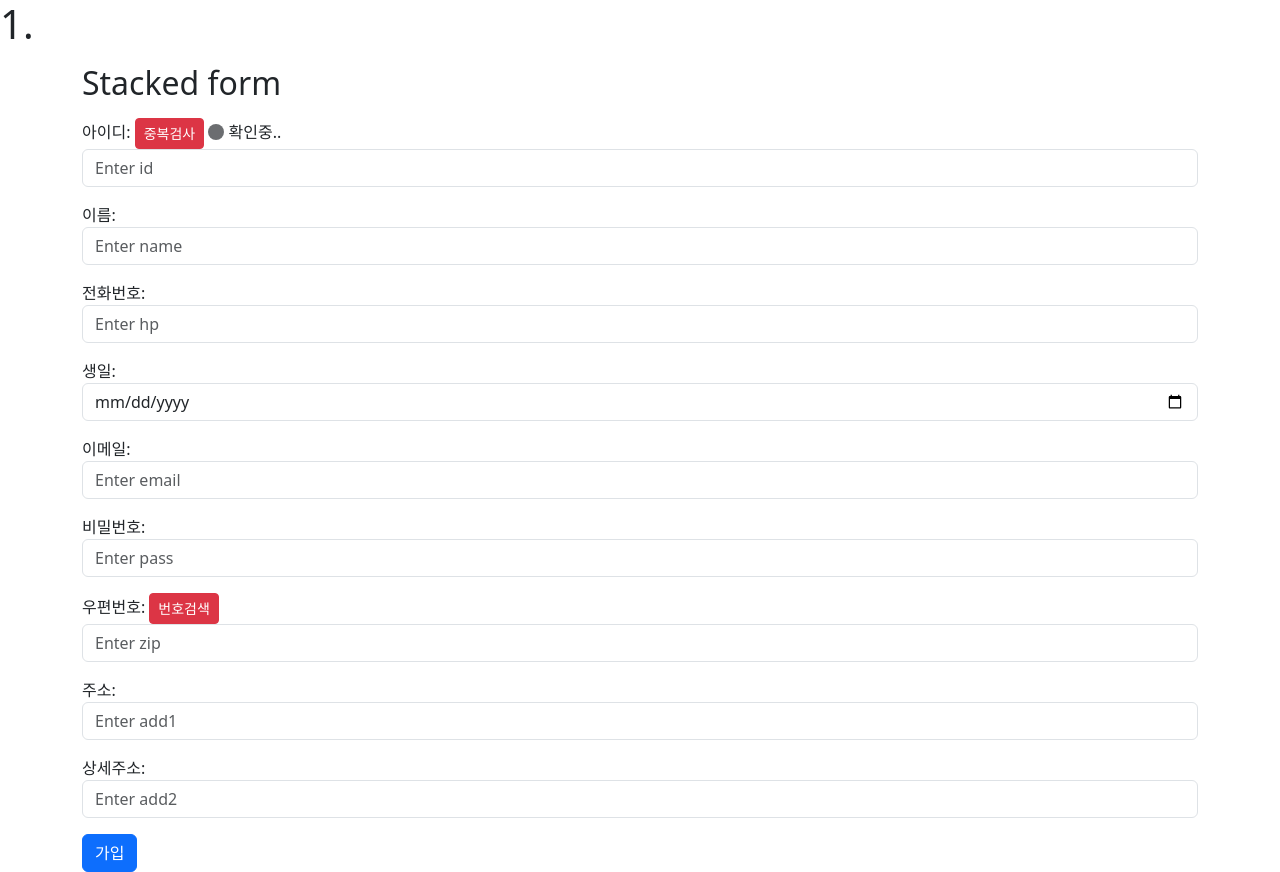
Repository: prawniel99/05_JQuery
Page: workspace/jqpro/WebContent/비동기6_ajax/join.html
These files come from the project's save history. The page is drawn as it stood at one moment and after a run of saves; the edit follows.
The browser window is 1280 px wide. The pictures show the whole page.

Above is the page before, as saved 2024-08-29 03:31:35.

### workspace/jqpro/WebContent/비동기6_ajax/join.html
<!DOCTYPE html>
<html lang="kr">
<head>
    <meta charset="UTF-8">
    <meta name="viewport" content="width=device-width, initial-scale=1.0">
    <title>Document</title>

    <!-- <link rel="stylesheet" href="../css/public.css"> -->
    <script src="../js/jquery-3.7.1.js"></script>

    <!-- bootstrap -->
    <meta name="viewport" content="width=device-width, initial-scale=1">
	<link href="https://cdn.jsdelivr.net/npm/bootstrap@5.3.3/dist/css/bootstrap.min.css" rel="stylesheet">
	<script src="https://cdn.jsdelivr.net/npm/bootstrap@5.3.3/dist/js/bootstrap.bundle.min.js"></script>


	<style>

	</style>

	<script>

	</script>

</head>

<body>

    <div class="box">
        <h1>
			1.
        </h1>

		<div class="container mt-3">
			<h2>Stacked form</h2>
			<form>
				<div class="mb-3 mt-3">
					<label for="id">아이디:</label> <input type="button" value="중복검사" id="idcheck"  class="btn btn-secondary btn-sm btn-danger">
					<span class="spinner-grow spinner-grow-sm"></span> 확인중..
					<input type="text" class="form-control" id="id" placeholder="Enter id" name="mem_id"> <!-- name은 db와 일치시킨 VO와 일치시켜야 한다 -->
				</div>

				<div class="mb-3 mt-3">
					<label for="name">이름:</label>
					<input type="text" class="form-control" id="name" placeholder="Enter name" name="mem_name"> <!-- name은 db와 일치시킨 VO와 일치시켜야 한다 -->
				</div>

				<div class="mb-3 mt-3">
					<label for="hp">전화번호:</label>
					<input type="text" class="form-control" id="hp" placeholder="Enter hp" name="mem_hp"> <!-- name은 db와 일치시킨 VO와 일치시켜야 한다 -->
				</div>

				<div class="mb-3 mt-3">
					<label for="bir">생일:</label>
					<input type="date" class="form-control" id="bir" placeholder="Enter bir" name="mem_bir"> <!-- name은 db와 일치시킨 VO와 일치시켜야 한다 -->
				</div>

				<div class="mb-3 mt-3">
					<label for="email">이메일:</label>
					<input type="email" class="form-control" id="email" placeholder="Enter email" name="mem_mail"> <!-- name은 db와 일치시킨 VO와 일치시켜야 한다 -->
				</div>

				<div class="mb-3">
					<label for="pass">비밀번호:</label>
					<input type="password" class="form-control" id="pass" placeholder="Enter pass" name="pass">
				</div>

				<div class="mb-3 mt-3">
					<label for="zip">우편번호:</label>
					<input type="button" value="번호검색" id="idcheck"  class="btn btn-secondary btn-sm btn-danger">
					<input type="text" class="form-control" id="zip" placeholder="Enter zip" name="mem_zip"> <!-- name은 db와 일치시킨 VO와 일치시켜야 한다 -->
				</div>

				<div class="mb-3 mt-3">
					<label for="add1">주소:</label>
					<input type="text" class="form-control" id="add1" placeholder="Enter add1" name="mem_add1"> <!-- name은 db와 일치시킨 VO와 일치시켜야 한다 -->
				</div>

				<div class="mb-3 mt-3">
					<label for="add2">상세주소:</label>
					<input type="text" class="form-control" id="add2" placeholder="Enter add2" name="mem_add2"> <!-- name은 db와 일치시킨 VO와 일치시켜야 한다 -->
				</div>

				<button type="button" class="btn btn-primary">가입</button>
			</form>
		</div>

	</div>

</body>
</html>

Loaded but not shown: workspace/jqpro/WebContent/js/jquery-3.7.1.js (library)

After the next 2 saves:
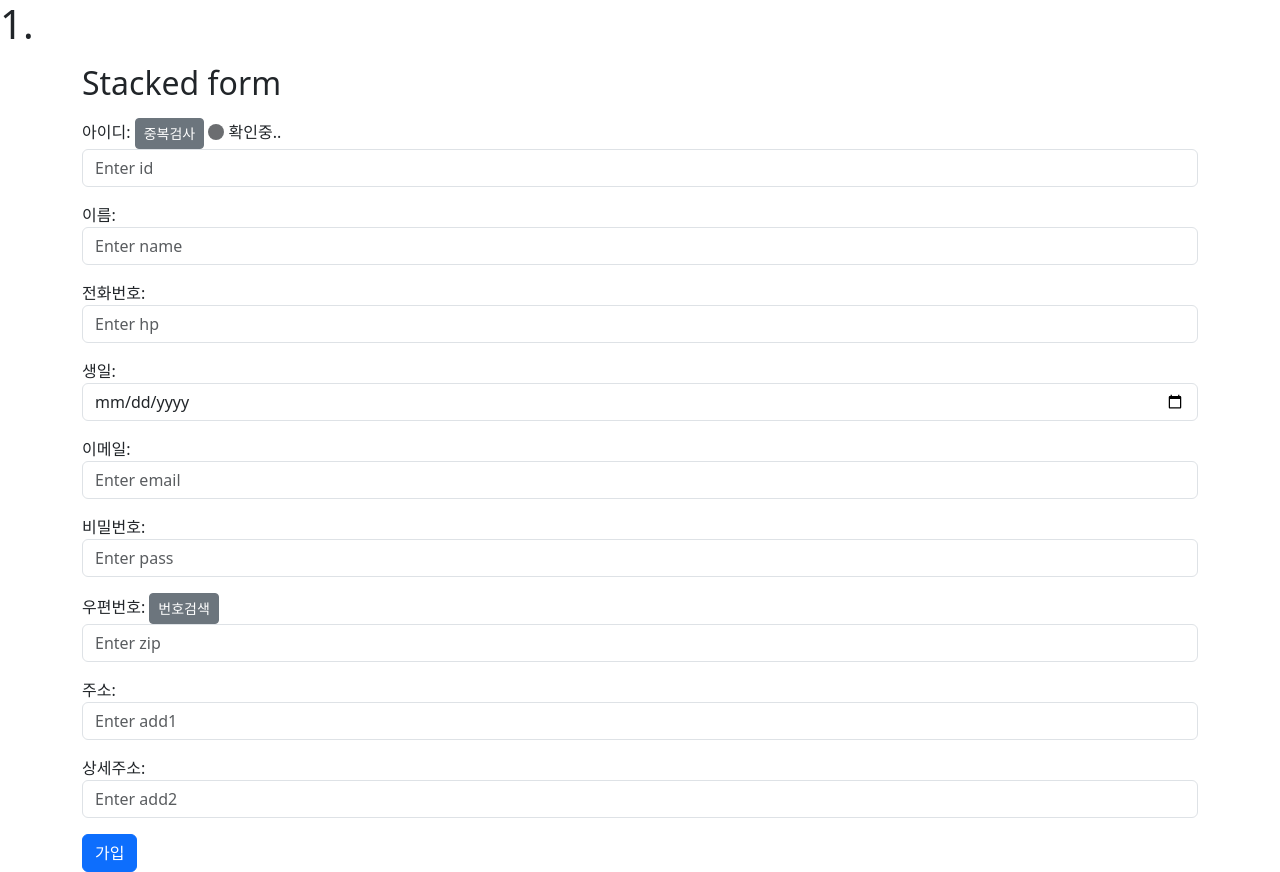
The 2 saves are shown as one change because they came seconds apart.
The last was saved 14 s later.
--- a/workspace/jqpro/WebContent/비동기6_ajax/join.html
+++ b/workspace/jqpro/WebContent/비동기6_ajax/join.html
@@ -35,7 +35,7 @@
 			<h2>Stacked form</h2>
 			<form>
 				<div class="mb-3 mt-3">
-					<label for="id">아이디:</label> <input type="button" value="중복검사" id="idcheck"  class="btn btn-secondary btn-sm btn-danger">
+					<label for="id">아이디:</label> <input type="button" value="중복검사" id="idcheck"  class="btn btn-secondary btn-sm">
 					<span class="spinner-grow spinner-grow-sm"></span> 확인중..
 					<input type="text" class="form-control" id="id" placeholder="Enter id" name="mem_id"> <!-- name은 db와 일치시킨 VO와 일치시켜야 한다 -->
 				</div>
@@ -67,7 +67,7 @@
 
 				<div class="mb-3 mt-3">
 					<label for="zip">우편번호:</label>
-					<input type="button" value="번호검색" id="idcheck"  class="btn btn-secondary btn-sm btn-danger">
+					<input type="button" value="번호검색" id="idcheck"  class="btn btn-secondary btn-sm">
 					<input type="text" class="form-control" id="zip" placeholder="Enter zip" name="mem_zip"> <!-- name은 db와 일치시킨 VO와 일치시켜야 한다 -->
 				</div>
 
